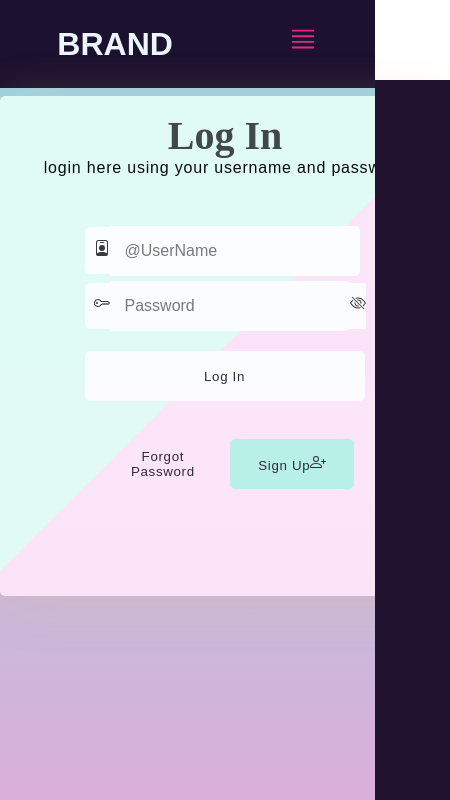
Repository: code-mtaani/ojwang-frontend
Page: /signup
These files come from the project's save history. The page is drawn as it stood at one moment and after the next save; the edit follows.
The browser window is 375 px wide. The page is 450 px wide, then 375 px, so the pictures cover 450 px, including what lies to the right of the window. The pictures show the whole page.
The project was rebuilt for these pictures with package versions that can differ from the ones it lists, and the page was loaded fresh each time. Also part of the build but not shown: vite.config.ts, src/Pages/HomePage/Home.pages.tsx, src/Pages/SignIn/SignIn.pages.tsx.

Above is the page before, as saved 2023-02-01 10:52:57.

After the next save:
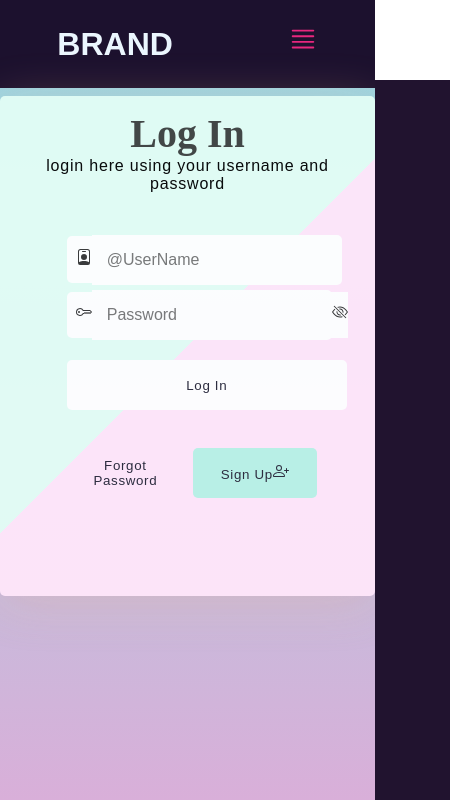
Saved 7 s later.
--- a/src/Pages/SignUp/Signup.css
+++ b/src/Pages/SignUp/Signup.css
@@ -42,7 +42,7 @@ form {
     background-image: linear-gradient(-225deg, #E3FDF5 50%, #FFE6FA 50%);
 }
 @media screen and (max-width:450px) {
-    .navbar{
+    form{
         width: 100vw;
     }
 
